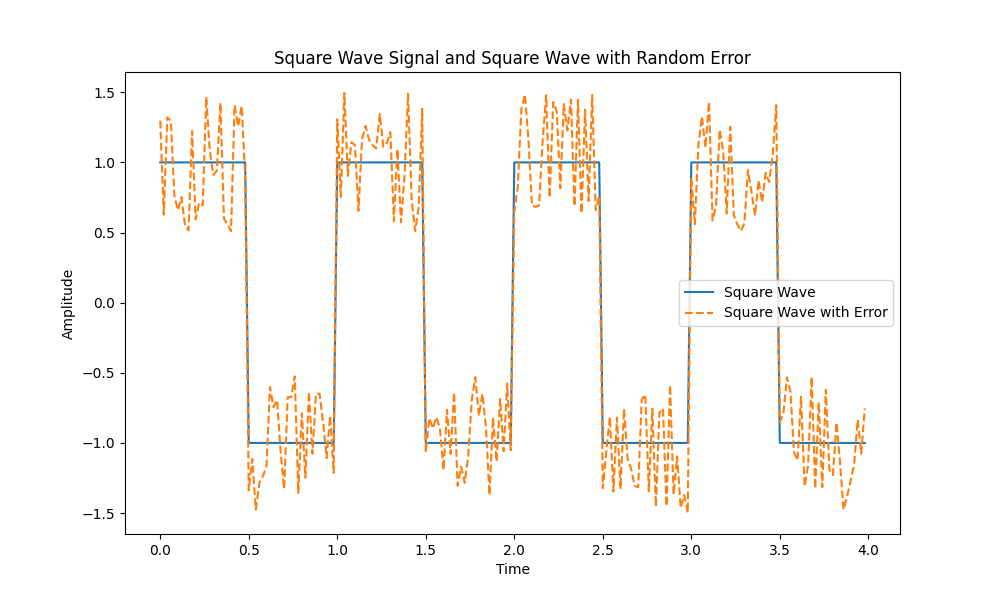
Repository: khulqu15/drone_smc_copppelia
Script's output: python py/realtime.py
The author's editor kept a copy of each file at every save. The script's output is drawn from the files as they stood at one save, then again after the next save.
Animations are shown at an early frame. Random numbers start from a fixed seed.

Above is the script's output before, as saved 2024-06-24 01:04:51.

### py/realtime.py
import numpy as np
import matplotlib.pyplot as plt
from scipy import signal

# Parameter
samp_per_cycle = 50   # Sampel per siklus
num_cycles = 4        # Jumlah siklus
error_min = 0.05      # Error minimal (5%)
error_max = 0.50      # Error maksimal (50%)

# Membuat sinyal square wave dasar
t = np.linspace(0, num_cycles, num_cycles * samp_per_cycle, endpoint=False)
square_wave = signal.square(2 * np.pi * t)

# Membuat sinyal error
np.random.seed(0)  # Seed untuk konsistensi
errors = np.random.uniform(low=error_min, high=error_max, size=square_wave.shape)
error_signal = square_wave * (1 - errors * np.random.choice([-1, 1], size=square_wave.shape))

# Plotting sinyal asli dan sinyal dengan error
plt.figure(figsize=(10, 6))
plt.plot(t, square_wave, label='Square Wave')
plt.plot(t, error_signal, label='Square Wave with Error', linestyle='--')
plt.title('Square Wave Signal and Square Wave with Random Error')
plt.xlabel('Time')
plt.ylabel('Amplitude')
plt.legend()
plt.show()

After the next save:
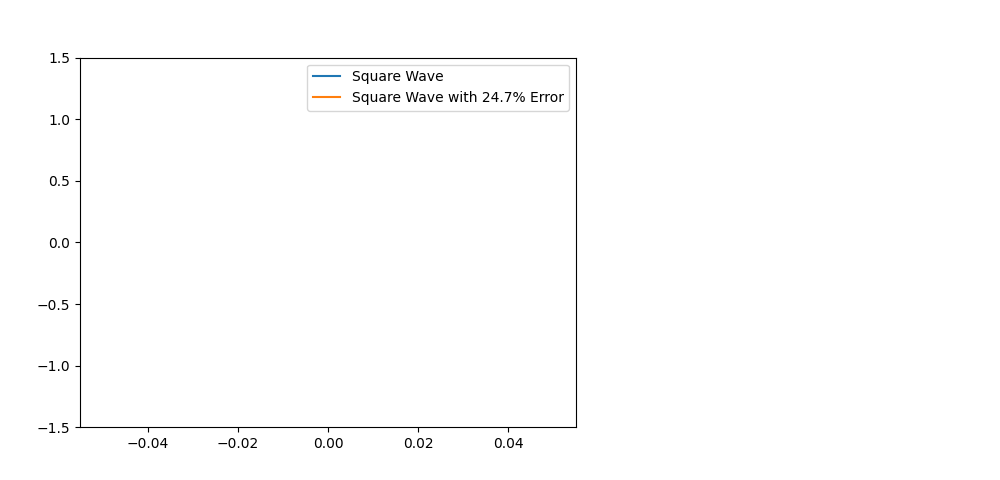
Saved 68 s later.
--- a/py/realtime.py
+++ b/py/realtime.py
@@ -1,28 +1,37 @@
 import numpy as np
 import matplotlib.pyplot as plt
-from scipy import signal
+from matplotlib.animation import FuncAnimation
 
-# Parameter
-samp_per_cycle = 50   # Sampel per siklus
-num_cycles = 4        # Jumlah siklus
-error_min = 0.05      # Error minimal (5%)
-error_max = 0.50      # Error maksimal (50%)
+# Parameter dasar
+amplitude = 1
+iterations = 200
 
-# Membuat sinyal square wave dasar
-t = np.linspace(0, num_cycles, num_cycles * samp_per_cycle, endpoint=False)
-square_wave = signal.square(2 * np.pi * t)
+# Membuat array waktu (iterasi)
+t = np.arange(0, iterations)
 
-# Membuat sinyal error
-np.random.seed(0)  # Seed untuk konsistensi
-errors = np.random.uniform(low=error_min, high=error_max, size=square_wave.shape)
-error_signal = square_wave * (1 - errors * np.random.choice([-1, 1], size=square_wave.shape))
+# Menghasilkan square wave dasar
+square_wave = amplitude * np.sign(np.sin(2 * np.pi * t / 20))
 
-# Plotting sinyal asli dan sinyal dengan error
-plt.figure(figsize=(10, 6))
-plt.plot(t, square_wave, label='Square Wave')
-plt.plot(t, error_signal, label='Square Wave with Error', linestyle='--')
-plt.title('Square Wave Signal and Square Wave with Random Error')
-plt.xlabel('Time')
-plt.ylabel('Amplitude')
-plt.legend()
+# Fungsi untuk mengupdate plot secara real-time
+def update(frame):
+    ax.clear()
+    # Square wave dasar
+    ax.plot(t[:frame], square_wave[:frame], label='Square Wave')
+
+    # Menghitung error
+    error_percentage = np.random.uniform(5, 50) / 100
+    noise = error_percentage * np.random.randn(frame)
+
+    # Square wave dengan error
+    noisy_square_wave = square_wave[:frame] + noise
+
+    # Plot square wave dengan error
+    ax.plot(t[:frame], noisy_square_wave, label=f'Square Wave with {error_percentage*100:.1f}% Error')
+    ax.set_ylim(-1.5, 1.5)
+    ax.legend(loc='upper right')
+
+# Membuat figure dan axes
+fig, ax = plt.subplots()
+ani = FuncAnimation(fig, update, frames=iterations, repeat=False)
+
 plt.show()
